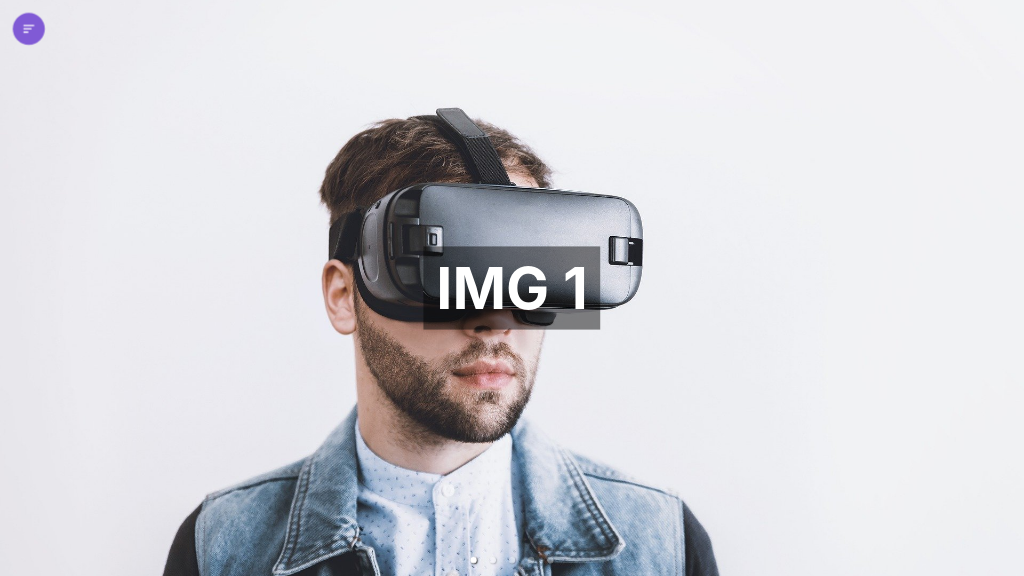
Repository: aman0801/React_JS_Project_2
Page: /
The author's editor kept a copy of each file at every save. The page is drawn from the files as they stood at one save, then again after a run of saves.
The browser window is 1280 px wide. The pictures show the whole page, at 80% of full size.
The project was rebuilt for these pictures with package versions that can differ from the ones it lists, and the page was loaded fresh each time.

Above is the page before, as saved 2023-01-29 16:11:27.

After the next 4 saves:
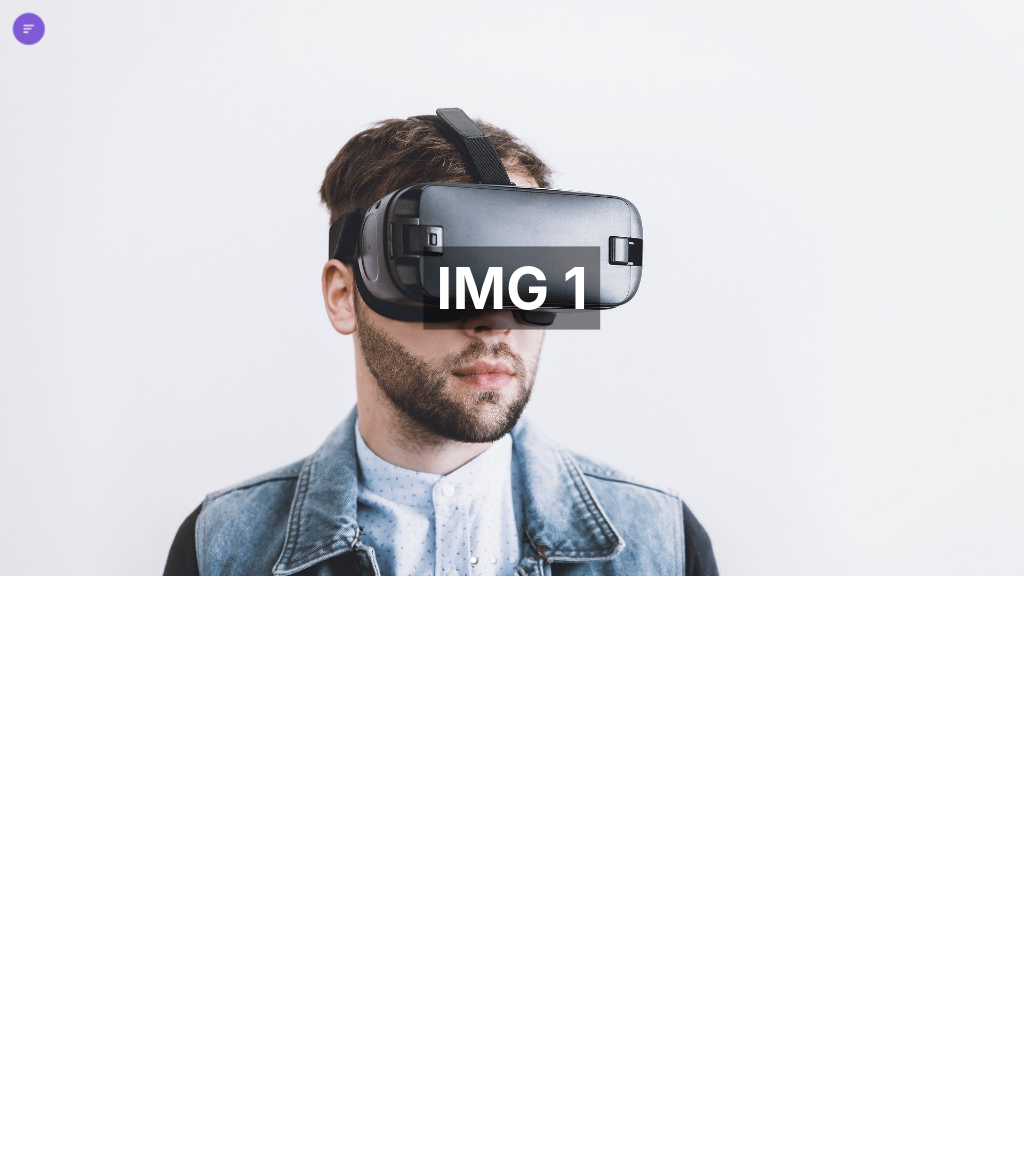
The 4 saves are shown as one change because they came seconds apart.
The last was saved 14 s later.
--- a/src/components/Home.jsx
+++ b/src/components/Home.jsx
@@ -23,7 +23,7 @@ const Home = () => {
   return <Box>
     <MyCarousel />
 
-    <Container min>
+    <Container minH={'100vh'}>
 
     </Container>
   </Box>
